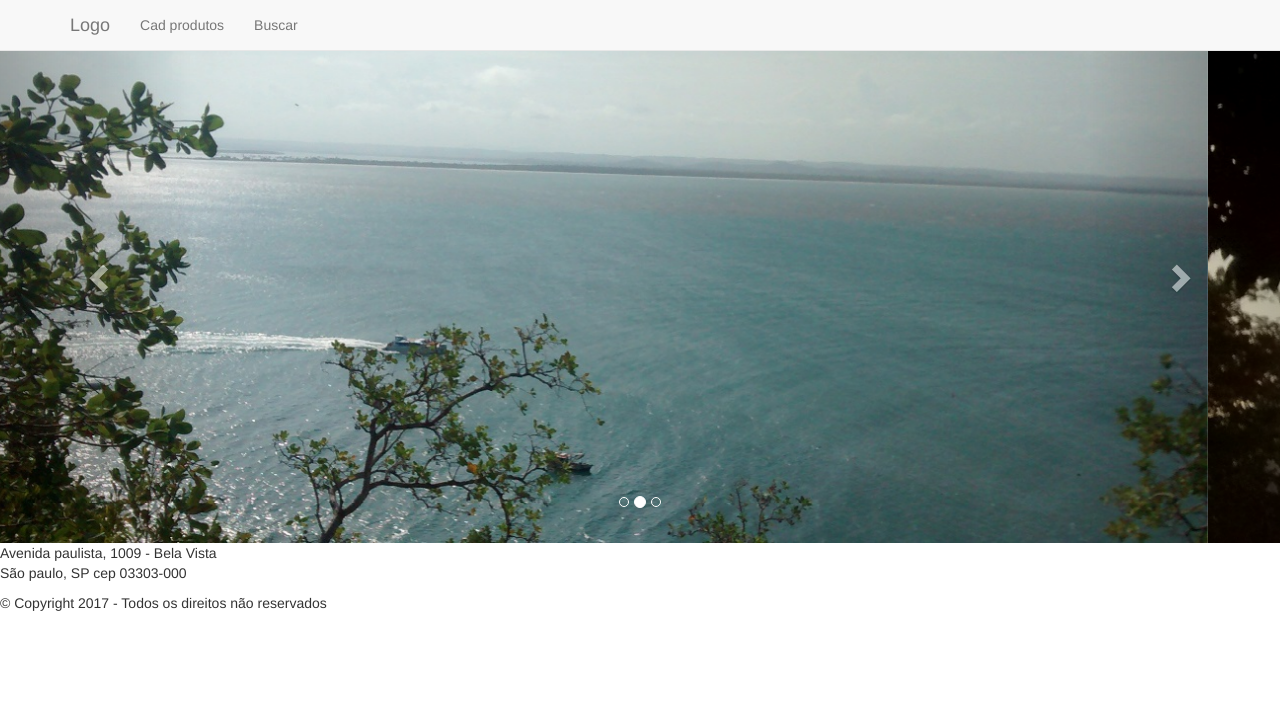
Repository: NicholasMaestrello/treinamento-impacta
Page: http://localhost/07_GestaoProdutos/
An editor plug-in stored every save of this project. The page is shown before and after the next save, followed by the edit.
The browser window is 1280 px wide. The pictures show the whole page.
Some web libraries are served in a nearby version. The page is served by Tomcat 9. Other server files are loaded and not shown.

Above is the page before, as saved 2017-10-24 18:08:37.

### DesenvolvimentoJava/Modulo06/07_GestaoProdutos/WebContent/index.jsp
<!DOCTYPE html>
<html>
<head>
<meta charset="UTF-8">
<meta name="viewport" content="width=device-width, initial-scale=1.0">
<title>Gestão de produtos</title>
<link rel="stylesheet"
	href="https://maxcdn.bootstrapcdn.com/bootstrap/3.3.7/css/bootstrap.min.css">
<link href="css/main.css" rel="stylesheet">
<link href="css/index.css" rel="stylesheet">
</head>
<body>
	<nav class="navbar navbar-default navbar-fixed-top">
		<div class="container">
			<div class="navbar-header">
				<button type="button" class="navbar-toggle" data-toggle="collapse"
					data-target=".navbar-collapse">
					<span class="icon-bar"></span> <span class="icon-bar"></span> <span
						class="icon-bar"></span>
				</button>
				<a class="navbar-brand" href="index.jsp">Logo</a>
			</div>

			<div class="navbar-collapse collapse">
				<ul class="nav navbar-nav">
					<li><a href="ProdutosServlet">Cad produtos</a></li>
					<li><a href="consulta.jsp">Buscar</a></li>
				</ul>
			</div>
		</div>
	</nav>
	<section class="intro"></section>
	<div id="slides" class="carousel slide" data-ride="carousel">
		<ol class="carousel-indicators">
			<li data-target="#slides" data-slide-to="0" class="active"></li>
			<li data-target="#slides" data-slide-to="1"></li>
			<li data-target="#slides" data-slide-to="2"></li>
		</ol>

		<!-- conteudo dos slides -->
		<div class="carousel-inner" role="listbox">
			<div class="item active">
				<img src="imagens/carousel01.jpg" />
			</div>
			<div class="item">
				<img src="imagens/carousel02.jpg" />
			</div>
			<div class="item">
				<img src="imagens/carousel03.jpg" />
			</div>
		</div>

		<a class="left carousel-control" href="#slides" role="button" data-slide="prev">
			<span class="glyphicon glyphicon-chevron-left" aria-hidden="true"></span>
			<span class="sr-only">Anterior</span>
		</a>
		<a
			class="right carousel-control" href="#slides" role="button"
			data-slide="next"><span class="glyphicon glyphicon-chevron-right"
			aria-hidden="true"></span> <span class="sr-only">Próxima</span> </a>
	</div>
	<footer>
		<p>Avenida paulista, 1009 - Bela Vista <br /> São paulo, SP cep
			03303-000
		</p>
		<p>&copy; Copyright 2017 - Todos os direitos não reservados</p>
	</footer>
	<script type="text/javascript"
		src="https://code.jquery.com/jquery-3.2.1.min.js"></script>
	<script
		src="https://maxcdn.bootstrapcdn.com/bootstrap/3.3.7/js/bootstrap.min.js"></script>
</body>
</html>

### DesenvolvimentoJava/Modulo06/07_GestaoProdutos/WebContent/css/main.css
.carousel-inner > .item >img{
	position: relative;
	min-width: 100%;
	min-height: 100%;
}

.body-content {
	clear: both;
	padding: 15px;
}

body{
	height: 100%;
}

.footer{
	bottom:0;
	width: 100%;
	height: 400px;
	background-color: #7F7F7F;
	text-align: center;
	padding: 20px;
	margin-bottom: 0;
	color: white;
}

.corpo{
	margin-top: 60px;
	margin-right: 30px;
	margin-left: 30px;
	height: 300px;
}

Loaded but not shown: DesenvolvimentoJava/Modulo06/07_GestaoProdutos/WebContent/css/index.css (no copy from this time; the picture is the same without it)

After the next save:
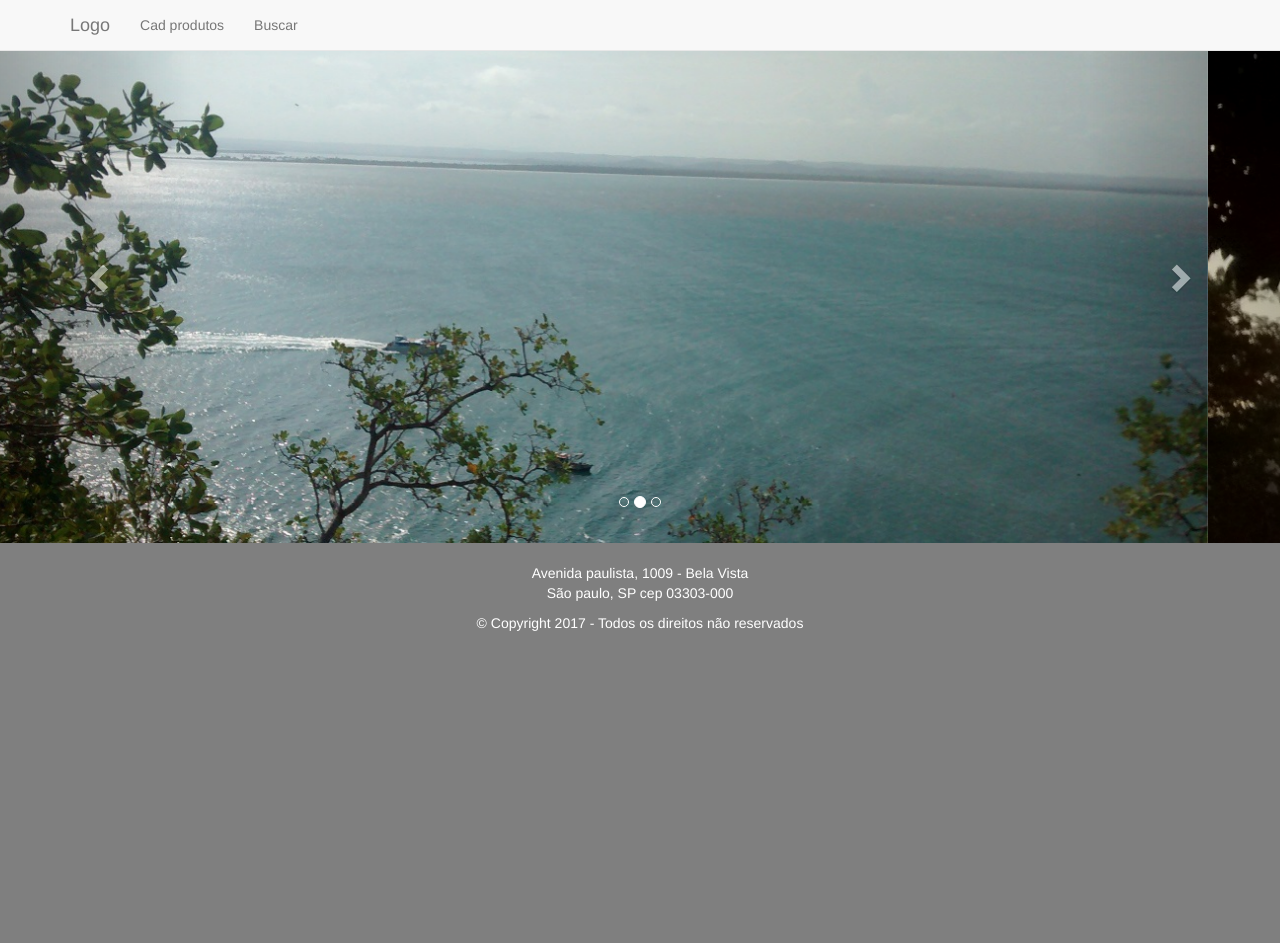
Saved 25 s later.
--- a/DesenvolvimentoJava/Modulo06/07_GestaoProdutos/WebContent/css/main.css
+++ b/DesenvolvimentoJava/Modulo06/07_GestaoProdutos/WebContent/css/main.css
@@ -13,7 +13,7 @@ body{
 	height: 100%;
 }
 
-.footer{
+footer{
 	bottom:0;
 	width: 100%;
 	height: 400px;
